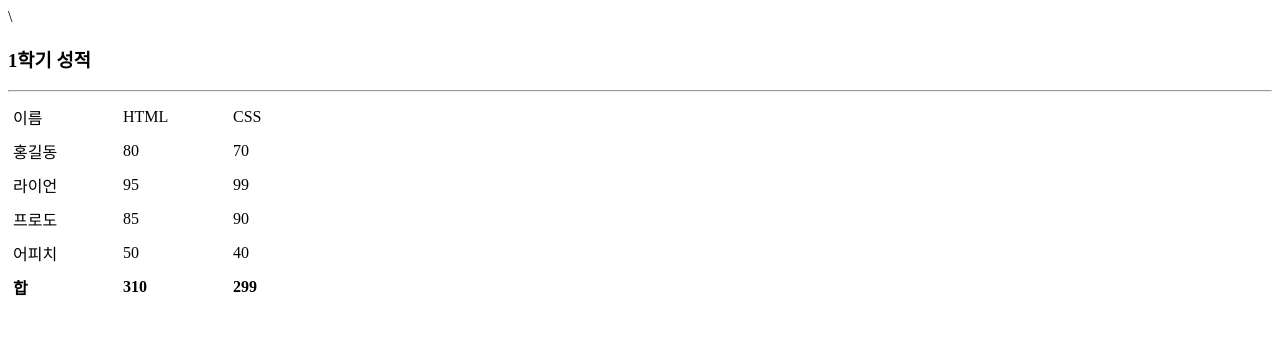
Repository: Gmajorlist/HTML
Page: css/src/main/webapp/06_cssDecorate/exam2.html
An editor plug-in stored every save of this project. The page is shown before and after the next save, followed by the edit.
The browser window is 1280 px wide. The pictures show the whole page.

Above is the page before, as saved 2023-03-16 03:15:46.

### css/src/main/webapp/06_cssDecorate/exam2.html
<!DOCTYPE html>
<html>
<head>
<meta charset="UTF-8">
<title>Insert title here</title>\
<style type="text/css">
table{
	border-collapse: collapse; /*  이중 테두리 저거*/
}
td, th{
	text-align: left;
	padding: 5px;
	width: 100px;
	height:15px;
}
</style>
</head>
<body>
<h3>1학기 성적</h3>
<hr>
<table>
	<thead>
		<tr>
			<td>이름</td>
			<td>HTML</td>
			<td>CSS</td>
		</tr>
	</thead>
	<tbody>
		<tr>
			<td>홍길동</td><td>80</td><td>70</td>
		</tr>
		<tr>
			<td>라이언</td><td>95</td><td>99</td>
		</tr>
		<tr>
			<td>프로도</td><td>85</td><td>90</td>
		</tr>
		<tr>
			<td>어피치</td><td>50</td><td>40</td>
		</tr>
	</tbody>
	<tfoot>
		<tr>
			<th>합</th><th>310</th><th>299</th>
		</tr>
		</tfoot>
</table>
</body>
</html>

After the next save:
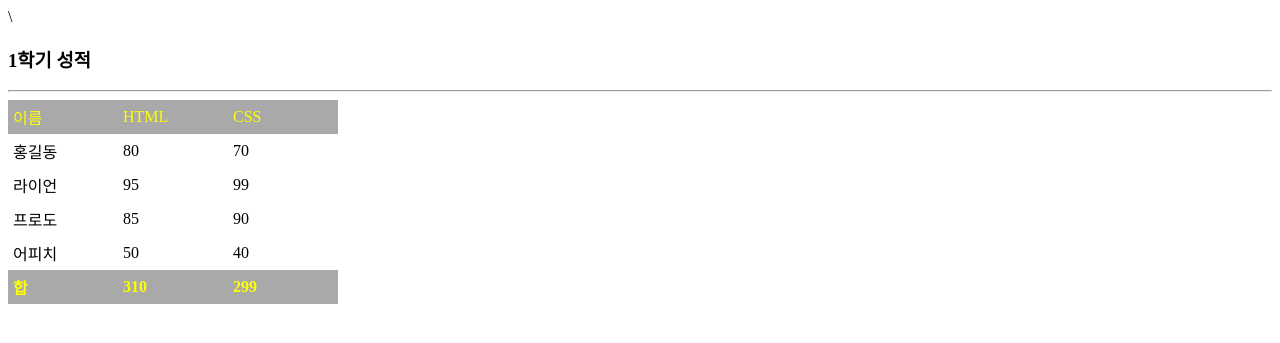
Saved 64 s later.
--- a/css/src/main/webapp/06_cssDecorate/exam2.html
+++ b/css/src/main/webapp/06_cssDecorate/exam2.html
@@ -12,6 +12,10 @@
 	padding: 5px;
 	width: 100px;
 	height:15px;
+}
+thead, tfoot{
+	background: darkgray;
+	color: yellow;
 }
 </style>
 </head>
